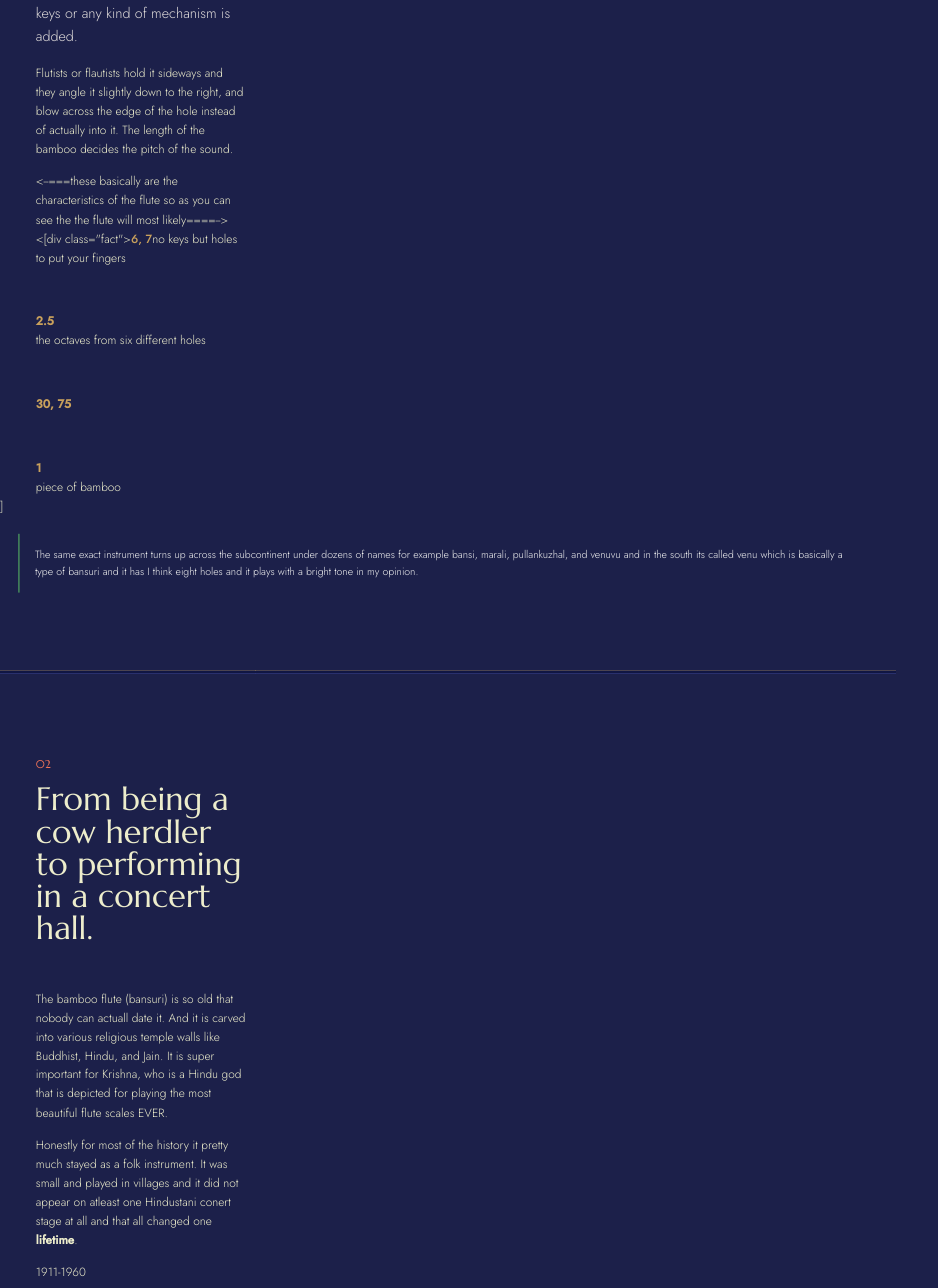
Repository: manayparikh1/Bansi
Page: index.html
An editor plug-in stored every save of this project. The page is shown before and after the next save, followed by the edit.
The browser window is 1280 px wide. The page is 1340 px wide, so the pictures cover 1340 px, including what lies to the right of the window. The pictures show the part of the page from y = 1312 to 3152 px (the page is 5573 px tall before and 5620 px after), at 70% of full size.

Above is the page before, as saved 2026-09-20 20:50:43.

### index.html
<!DOCTYPE html>
<html lang="en">

<head>
    <meta charset="utf-8">
    <meta name="viewport" content="width=device-width, initial-scale=2.0">
    <title>Bansuri ——— the flute with NO keys</title>
    <link rel="preconnect" href="https://fonts.googleapis.com">
    <link rel="preconnect" href="https://fonts.gstatic.com" crossorigin>
    <link href="https://fonts.googleapis.com/css2?family=Marcellus&family=Jost:wght@300;400;500&display=swap"
        rel="stylesheet">
    <link rel="stylesheet" href="style.css">
</head>

<body>
    <div class="stars"></div>
    <nav class="bar">
        <span class="mark">बाँसुरी</span>
        <div class="links">
            <a href="#what">The bamboo object</a>
            <a href="#story">The story of it</a>
            <a href="#play">How is it actually played?</a>
            <a href="#studio" class="hot">Wanna try it?</a>
        </div>
    </nav>
    <!-- ===Hero=== -->
    <header class="hero" id="top">
        <div class="hero-inner">
            <p class="eyebrow">A cylinder full of life...and bamboo. Six holes. No keys, reeds, or metal anywhere.</p>
            <h1>The flute that<br>breaths like<br><em>a voice</em></h1>
            <p class="stand">
                There is actually nothing inside a bansuri. It is a piece of bamboo that comes in all shapes and sizes.
                And it is closed at one end with the holes of it burned throughout it on its surface by hand. Everything
                else comes out of a player's fingers and breath.
            </p>
            <a class="cta" href="#studio">Play one below? Scroll down.</a>
        </div>

        <div class="hero-flute">
            <div class="tube big">
                <span class="node n1"></span>
                <span class="node n2"></span>
                <span class="blow"></span>
                <span class="hole h0"></span>
                <span class="hole h1"></span>
                <span class="hole h2"></span>
                <span class="hole h3"></span>
                <span class="hole h4"></span>
                <span class="hole h5"></span>
            </div>
        </div>
        <a class="scroll-hint" href="#what">scroll</a>
    </header>

    <!-- ==1. the object-->
    <section class="band" id="what">
        <div class="wrap two-col">
            <div class="col-head">
                <p class="num">01</p>
                <h2>What even is a Bansuri?</h2>
            </div>
            <div class="col-body">
                <p class="lead">
                    A bansuri is a piece of bamboo and it is closed at one end with a blowing hole cut a few centimeters
                    from the end thats closed and that are around 6 to 7 finger holes running down the body of it (the
                    bamboo). That is basically the entire design, so no mechnical keys or any kind of mechanism is
                    added.
                </p>
                <p>
                    Flutists or flautists hold it sideways and they angle it slightly down to the right, and blow across
                    the edge of the hole instead of actually into it. The length of the bamboo decides the pitch of the
                    sound.
                </p>
                <--===these basically are the characteristics of the flute so as you can see the the flute will most
                    likely====-->
                    <[div class="fact"><b>6, 7</b><span>no keys but holes to put your fingers
                        </span>
            </div>
            <div class="fact"><b>2.5</b><span>the octaves from six different holes</span></div>
            <div class="fact"><b>30, 75</b></div>
            <div class="fact"><b>1</b></span>piece of bamboo</div>
        </div>]

        <p class="aside-note">
            The same exact instrument turns up across the subcontinent under dozens of names for example bansi, marali,
            pullankuzhal, and venuvu and in the south its called venu which is basically a type of bansuri and it has I
            think eight holes and it plays with a bright tone in my opinion.
        </p>
        </div>
        </div>
    </section>
    <!-- == 2.story -->
    <section class="band tint" id="story">
        <div class="wrap two-col">
            <div class="col-head">
                <p class="num">02</p>
                <h2>From being a cow herdler to performing in a concert hall.</h2>
            </div>
            <div class="col-body">
                <p class="hello">
                    The bamboo flute (bansuri) is so old that nobody can actuall date it. And it is carved into various
                    religious temple walls like Buddhist, Hindu, and Jain. It is super important for Krishna, who is a
                    Hindu god that is depicted for playing the most beautiful flute scales EVER.
                </p>
                <p>
                    Honestly for most of the history it pretty much stayed as a folk instrument. It was small and played
                    in villages and it did not appear on atleast one Hindustani conert stage at all and that all changed
                    one <strong>lifetime</strong>.
                </p>

                <div class="people">
                    <div class="person">
                        <p class="years">1911-1960</p>
                        <h3>Pannalal Ghosh</h3>
                        <p>
                            He was born in Barisal and he rebuilt the instrument to make it fit for classical music. And
                            it was much more longer than any other flute that time, around 32 inches I believe. It
                            dropped the pitch and gave it the sustain effect a raga needs. He popularized the seventh
                            hole and studied under someone named Allauddin Khan. Before him the bansuri was not even a
                            concert instrument, it was used only for village songs. But he made such a big change that
                            after him it was.
                        </p>
                    </div>
                    <div class="person">
                        <p class="years">Born on 1938</p>
                        <h3>Hariprasad Chaurasia</h3>
                        <p>
                            He is still alive today and one of my favourite flute players in the world. He carried it
                            out of India. Fifty years of recordings across most of the major ragas. He taught gurukul in
                            Vrindavan, and collabed with Western musicians and he gave the bansuri a profile thats
                            comparable with the sitar.
                        </p>
                    </div>
                </div>
                <p class="tabla">
                    In a performance the bansuri is usually joined by another Indian instrument called the Tabla, which
                    many of you have heard. It is used for rhythm and a tanpura droning underneath, holding the tonic of
                    the bansuri so the never loses its pitch. You can switch that drone on in the studio below.
                    <strong>Try it</strong>.
                </p>
            </div>
        </div>
    </section>
    <!--==3. how is it ac played-->
    <section class="band" id="play" <div class="wrap two-col">

        <div class="col-head" <p class="num">003</p>
            <h2>Why having no keys is basically the whole point!</h2>
            <div>
                <div class="col-body">
                    <p class="lead">
                        A western flute gives you a key per every note. Press it and you get the note and the pitch
                        between two keys does not exist (some of you may not understand what I am saying here but thats
                        fine). The bansuri has nothing buton open holes and the pads of your fingers, which sounds super
                        good for bansuri because you can add sounds that are not even possible on the western flute by
                        sliding and gliding your fingers. (I'll show you a audio recording of me playing in the very
                        bottom).
                    </p>
                    <p>
                        Because a finger can cover a hole halfway, or a third of the way, or roll slowly off it, the
                        player has every pitch between the notes. That is how the flats and sharps of different ragas
                        are found on an instrument with holes that are fixed and it is how a bansuri slides from one
                        note into the next into a single breath.
                    </p>
                    <p>
                        The seven swaras are <b>Sa Re Ga Ma Pa Dha Ni</b>, and Sa is not a fixed frequency surprisingly.
                        It is wherever the flute of the player sits.
                    </p>
                    <div class="rowforswaras">
                        <span>सा<i>Sa</i></span><span>रे<i>Re</i></span><span>ग<i>Ga</i></span>
                        <span>म<i>Ma</i></span><span>प<i>Pa</i></span><span>ध<i>Dha</i></span>
                        <span>नि<i>Ni</i></span>
                    </div>
                </div>
            </div>
    </section>
    <!-- ===4.Studio=== -->
    <section class="thestudio" id="thestudio">
        <div class="wrap">
            <header class="studio-head">
                <p class="gold">The studio</p>
                <h2>Play it <strong>without</strong> blowing</h2>
                <p class="studiosub">
                    Press the swara pads or use the row of your keyboard
                    <kbd>A</kbd><kbd>S</kbd><kbd>D</kbd><kbd>F</kbd><kbd>G</kbd><kbd>H</kbd><kbd>J</kbd><kbd>K</kbd>.
                    Hold a note to keep it sustained and the flute above will show you which holes a real player would
                    be covering (as an example).
                </p>
            </header>
            <!-- the main primary instrument with the actually tube creation-->
            <div class="instrument" id="theflute">
                <div class="tube">
                    <span class="node n1"></span>
                    <span class="node n2"></span>
                    <span class="node n3"></span>
                    <span class="blow"></span>
                    <span class="hole h0" id="h0"></span>
                    <span class="hole h1" id="h1"></span>
                    <span class="hole h2" id="h2"></span>
                    <span class="hole h3" id="h3"></span>
                    <span class="hole h4" id="h4"></span>
                    <span class="hole h5" id="h5"></span>
                    <!-- only these much holes are enough because its good for beginners. -->
                </div>
                <p class="breath" id="breath">resting</p>
            </div>
            <!-- Controls -->
            <div class="thedesk">
                <div class="set">
                    <p class="set-label">Raga Colour</p>
                    <div class="thechips" id="thaats">
                        <button type="button" class="chip on" data-thaat="bilwal">Bilwal<i>all natural</i></button>
                        <button type="button" class="chip" data-thaat="yaman">Yaman<i>Ma is sharp</i></button>
                        <button type="button" class="chip" data-thaat="bhairav">Bhairav<i>Re and Dha is flat</i>
                        </button>
                        <button type="button" class="chip" data-thaat="kafi">Kafi<i>Ga and Ni is flat</i></button>
                    </div>
                </div>
                <div class="set">
                    <!-- testing straight from my flute -->
                </div>
                <p class="set-label">Length of the bamboo</p>
                <div class="thechips" id="sizes">
                    <button type="button" class="chip" data-base="220.00">Long<i>deep</i></button>
                    <button type="button" class="chip on" data-base="293.66">Medium<i>middle</i></button>
                    <button type="button" class="chip" data-base="392.00">Short<i>bright</i></button>
                </div>
            </div>
            <div class="set">
                <p class="set-label">Tanpura</p>
                <div class="thechips">
                    <button type="button" class="chip" id="drone">Drone Off</button>
                </div>
            </div>
        </div>
        <!-- Swara pads for the fingerings virtual padss-->
        <div class="thepads" id="thepads"></div>
        <p class="thefootnote">
            It has real fingering and it is super simplified: the lower four swaras are created by uncovering the holes
            one at a time at any speed you want, and the upper four repeat those shapes while the player blows harder
            with more embochure to jump an octave (I will show you that later). The flats and sharps that seperate one
            raga from another are actually found by covering half the hole, which a mouse, cursor or whatever you are
            using to test will not be able to imitate. So you need a real one for that.
        </p>
        </div>
    </section>
    <div class="wrap">
        <!-- this is written in devanagri and it is written the same in hindi and nepali बाँसुरी : flute-->
        <footer class="foot">
            <p class="foot-big">बाँसुरी</p>
            <p>A page about a hollow stick that can play as if it sings.</p>
            <p class="small">
                The sound is generated live with the Web Audio Api. If you want to see a page of me with audios of
                playing flute scroll down to the bottom.
            </p>
    </div>
    </footer>
    <!-- above is gonna be the footer -->
    <script src="app.js"></script>
</body>

</html>

### style.css
:root {
    --night: #1c204a;
    --violet: #30397d;
    --deep: #101644;
    --cream: #ededcc;
    --bamboo: #C9A15c;
    --bamboo2: #C9A15c;
    --marigold: #ec9c40;
    --rose: #f17458;
    --peacock: #49925e;
    --muted: #f2f2f2;
    --wrap: 1360px;
    --pad: clamp(20px, 4vw, 64px);
}

* {
    box-sizing: border-box;
}

html {
    scroll-behavior: smooth;
}

body {
    margin: 0;
    color: var(--cream);
    background: var(--night);
    font-family: 'Jost', Helvetica, Arial, sans-serif;
    font-size: 17px;
    font-weight: 300;
    line-height: 1.6;
    overflow-x: hidden;
}

h1,
h2,
h3 {

    font-family: 'Marcellus', Georgia, serif;
    font-weight: 410;
    margin: 0;
    line-height: 1.0;
}

p {
    margin: 0 0 1.1em;
}

p:last-child {
    margin-bottom: 0;
}

b {
    font-weight: 500;
    color: var(--bamboo);
}

em {
    font-style: normal;
    color: var(--marigold);
}

.wrap {
    width: 100%;
    max-width: var(--wrap);
    margin: 0 auto;
    padding: 0 var(--pad);
}

/*-- the field where stars are gonna be added --*/
.stars {
    position: fixed;
    inset: 0;
    z-index: 0;
    pointer-events: none;

    background-image: radial-gradient(1.4px 1.4px at 13% 18%, rgba(243, 234, 217, 0.55) 50%, transparent 51%),
        radial-gradient(1.2px 1.2px at 34% 63%, rgba(243, 234, 217, 0.4) 50%, transparent 51%),
        radial-gradient(1.6px 1.6px at 58% 24%, rgba(243, 234, 217, 0.5) 50%, transparent 51%),
        radial-gradient(1.2px 1.2px at 77% 69%, rgba(243, 234, 217, 0.36) 50%, transparent 51%),
        radial-gradient(1.5px 1.5px at 90% 35%, rgba(243, 234, 217, 0.45) 50%, transparent 51%),
        radial-gradient(1.2px 1.2px at 25% 85%, rgba(243, 234, 217, 0.35) 50%, transparent 51%),
        radial-gradient(1.3px 1.3px at 66% 88%, rgba(243, 234, 217, 0.39) 50%, transparent 51%),
}

body>*:not(.stars) {
    position: relative;
    z-index: 1;
}

/*-- Nav --*/
.bar {
    position: sticky;
    top: 0;
    z-index: 30;
    display: flex;
    justify-content: space-between;
    align-items: center;
    gap: 20px;
    backdrop-filter: blur(8px);
    border-bottom: 1px solid #2a2a5f;
    padding: 15px var(--pad);
    background: rgba(30, 36, 81, 0.87);
}

.mark {
    font-size: 22px;
    font-family: 'Marcellus', serif;
    color: var(--bamboo);
}

.links {
    display: flex;
    gap: 25px;
    flex-wrap: wrap;
}

.links a {
    font-size: 15px;
    color: var(--muted);
    text-decoration: none;
}

.links a:hover {
    color: var(--cream);
}

/* No matter what, marigold should be used for the hot class,
so !important is added to override any other styles that may be applied to it. */
.hot {
    color: var(--marigold) !important;
}

/*hero*/
/* I change the view height a bit to make it more visually appealing */
.hero {
    position: relative;
    min-height: calc(100vh - 57px);
    min-height: calc(100svh - 57px);
    display: flex;
    flex-direction: column;
    justify-content: center;
    padding: 40px var(--pad) 70px;
    background:
        radial-gradient(1100px 620px at 78% 22%, rgba(35, 42, 92, 0.85) 0%, transparent 70%),
        radial-gradient(760px 423px at 8% 85%, rgba(31, 165, 160, 0.1), transparent 70%);
}

.hero-inner {
    max-width: 680px;
}

.eyebrow {
    font-size: 12.5px;
    letter-spacing: 0.22em;
    text-transform: uppercase;
    color: var(--peacock);
    margin-bottom: 22px;
}

.eyebrow.g {
    color: var(--marigold);
}

h1 {
    font-size: clamp(42px, 6.6vw, 96px);
    margin-bottom: 26px;
}

.stand {
    max-width: 56ch;
    font-size: clamp(17px, 2.1vw, 22px);
    color: #7f7f7f;
    margin-bottom: 29px;
}

.cta {
    display: inline-block;
    letter-spacing: 0.05em;
    background: var(--bamboo);
    padding: 14px 29px;
    font-size: 15px;
    color: var(--night);
}

.cta:hover {
    background: var(--marigold);
}

.hero-flute {
    position: absolute;
    right: -5%;
    bottom: 11%;
    width: 62%;
    max-width: 890px;
    transform: rotate(-13.5deg);
    opacity: 0.945;
    pointer-events: none;
    animation: float 9s ease-in-out infinite;
}

/*helps with the animation of the design*/
.scroll-hint {
    position: absolute;
    left: var(--pad);
    bottom: 25px;
    letter-spacing: 0.3em;
    text-transform: uppercase;
    color: var(--muted);
    font-size: 12px;
}

/*bambooo*/
.tube {
    position: relative;
    border-radius: 26px;
    height: 54px;
    background: linear-gradient(180deg, var(--bamboo) 0%, var(--bamboo2) 62%, #6F5124 100%);
}

/*be careful of spacing because there was syntax-errors*/
.tube.big {
    height: 62px;
    border-radius: 30px;
}

.node {
    position: absolute;
    top: 0;
    bottom: 0;
    width: 9px;
    background: rgba(73, 55, 46, 0.5)
}

/* THE FLUTE PIC TyPE OF THING WILL BE ON THE TOP OF THE PAGE (not the testing one) */
.n1 {
    left: 22%
}

.n2 {
    left: 62%;
}

.n3 {
    left: 90%;
}

.blow {
    position: absolute;
    left: 7%;
    top: 50%;
    width: 26px;
    height: 20px;
    margin-top: -10px;
    border-radius: 50%;
    background: rgba(73, 55, 46, 0.5);
}

.hole {
    position: absolute;
    top: 50%;
    width: 20px;
    height: 20px;
    margin-top: -11px;
    border-radius: 50%;
    background: rgba(73, 55, 46, 0.5);
    transition: background 0.09s, box-shadow 0.09s;
}

.h0 {
    left: 31.5%;
}

.h1 {
    left: 41.5%;
}

.h2 {
    left: 51%;
}

.h3 {
    left: 69%;
}

.h4 {
    left: 76.5%;
}

.h5 {
    left: 84%;
}

/*--the bands*/
/*it is the titles of the whole thing (very important for looks+organization*/
.band {
    padding: clamp(70px, 9vw, 130px) 0;
    /*changing it into a dual line which willl look SUPER awesome*/
    border-top: 1px solid var(--violet);
    box-shadow: 0 -3px 0 0 var(--deep), 0 -4px 0 0 rgba(201, 161, 92, 0.4);
}

.band.tint {
    background: linear-gradient(170deg, var(--), var(--night));
}

.two-col {
    display: grid;
    grid-template-columns: minmax(200px, 300px);
    gap: clamp(28px, 5vw, 80px);
    align-items: start;
}

.num {
    font-family: 'Marcellus', serif;
    color: var(--rose);
    margin-bottom: 15px;
    font-size: 16px;
}

h2 {
    font-size: clamp(30px, 3.6vw, 52px);
}

.col-body {
    max-width: 66ch;
}

.lead {
    font-size: clamp(18px, 1.6vw, 21px);
    color: #dcd8d8;
}

.aside-note {
    margin: 26px;
    padding: 18px 22px;
    border-left: 2px solid var(--peacock);
    color: var(--muted);
    font-size: 15px;
}

/*the facts strip with the famous figures*/
.facts {
    display: grid;
    grid-template-columns: repeat(auto-fit, minmax(min(130px, 100%), 1fr));
    gap: 18px;
    /*looks better for reading:*/
    margin-top: 34px;
    margin-bottom: 4px;
    padding-top: 26px;
    border-top: 1px solid var(--violet);
}

.fact b {
    display: block;
    font-weight: bold;
}

Loaded but not shown: app.js (no stored copy; drawn as an empty file)

After the next save:
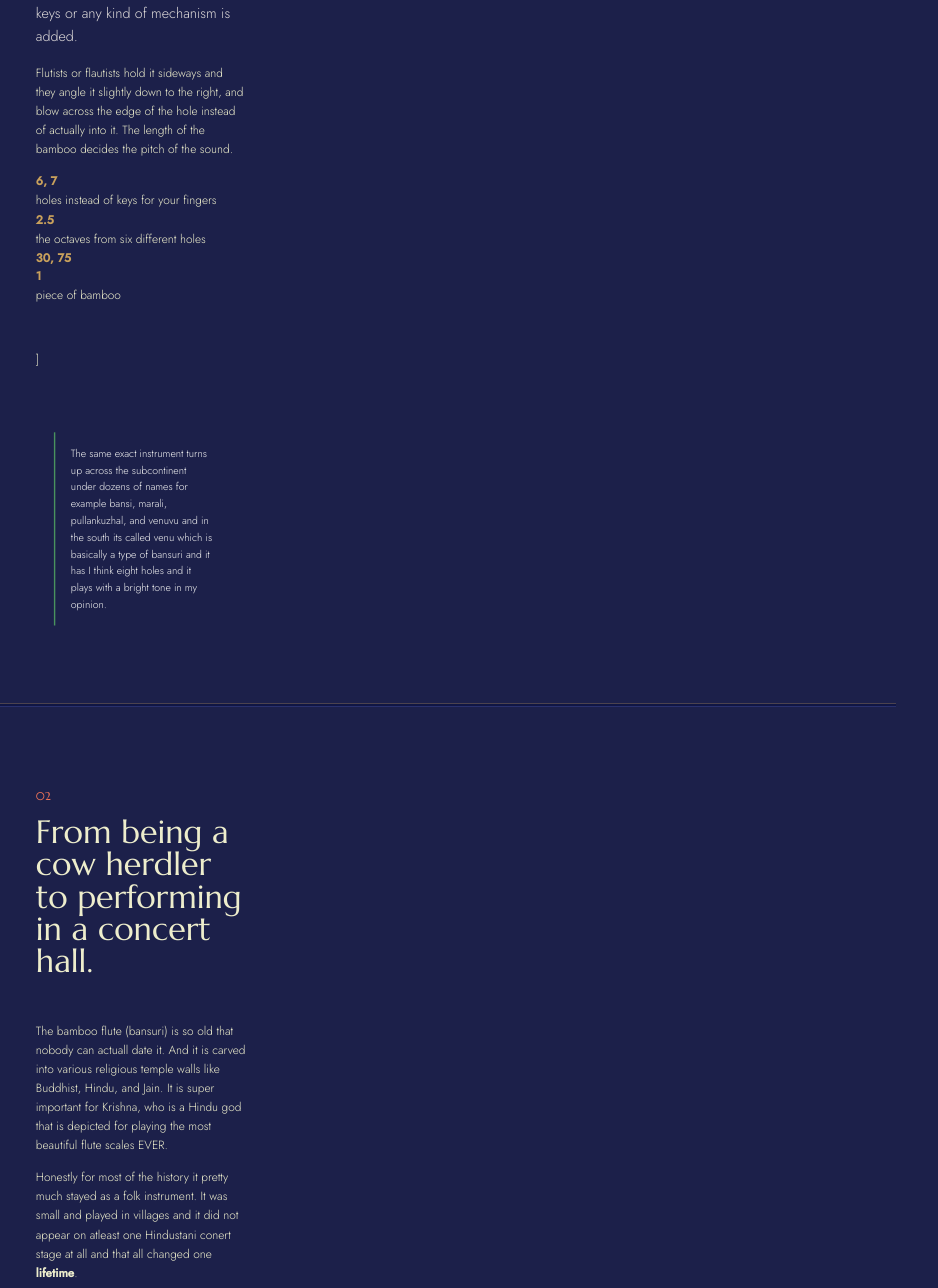
Saved 4 min 46 s later.
--- a/index.html
+++ b/index.html
@@ -71,21 +71,22 @@
                     the edge of the hole instead of actually into it. The length of the bamboo decides the pitch of the
                     sound.
                 </p>
-                <--===these basically are the characteristics of the flute so as you can see the the flute will most
-                    likely====-->
-                    <[div class="fact"><b>6, 7</b><span>no keys but holes to put your fingers
-                        </span>
-            </div>
-            <div class="fact"><b>2.5</b><span>the octaves from six different holes</span></div>
-            <div class="fact"><b>30, 75</b></div>
-            <div class="fact"><b>1</b></span>piece of bamboo</div>
-        </div>]
-
-        <p class="aside-note">
-            The same exact instrument turns up across the subcontinent under dozens of names for example bansi, marali,
-            pullankuzhal, and venuvu and in the south its called venu which is basically a type of bansuri and it has I
-            think eight holes and it plays with a bright tone in my opinion.
-        </p>
+                <div class="fact">
+                    <b>6, 7</b>
+                    <span>holes instead of keys for your fingers</span>
+                </div>
+                <div class="fact"><b>2.5</b><span>the octaves from six different holes</span></div>
+                <div class="fact"><b>30, 75</b></div>
+                <div class="fact"><b>1</b></span>piece of bamboo</div>
+            </div>]
+
+            <p class="aside-note">
+                The same exact instrument turns up across the subcontinent under dozens of names for example bansi,
+                marali,
+                pullankuzhal, and venuvu and in the south its called venu which is basically a type of bansuri and it
+                has I
+                think eight holes and it plays with a bright tone in my opinion.
+            </p>
         </div>
         </div>
     </section>
